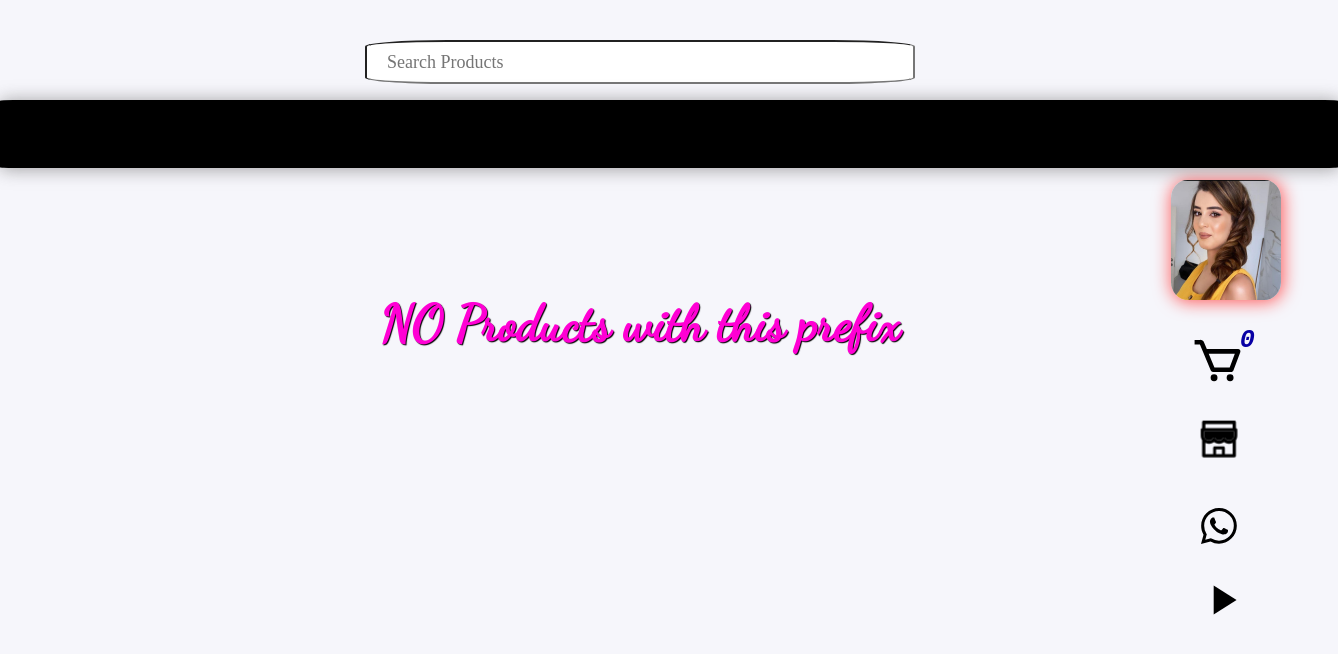
Repository: rehamAbass/BeautyCareShop
Page: /
The author's editor kept a copy of each file at every save. The page is drawn from the files as they stood at one save, then again after the next save.
The browser window is 1280 px wide. The page is 1338 px wide, so the pictures cover 1338 px, including what lies to the right of the window. The pictures show the whole page.
The page's requests for data from a server got no answer. Some web fonts or font styles are not loaded; a fallback is used. The project was rebuilt for these pictures with package versions that can differ from the ones it lists, and the page was loaded fresh each time. No one was signed in, and anything a server would have sent is missing. Also part of the build but not shown: src/components/allProducts/prod/card.css, src/components/allProducts/prod/card.component.jsx, src/components/myCart/myCart.css, src/components/myCart/cartProduct/cartProduct.css, src/components/myCart/cartProduct/cartProduct.jsx, src/components/myCart/myCart.jsx. Imported but missing from the stored project, and not drawn on this page: src/components/header/music/ed.mp3.

Above is the page before, as saved 2022-06-08 13:30:02.

After the next save:
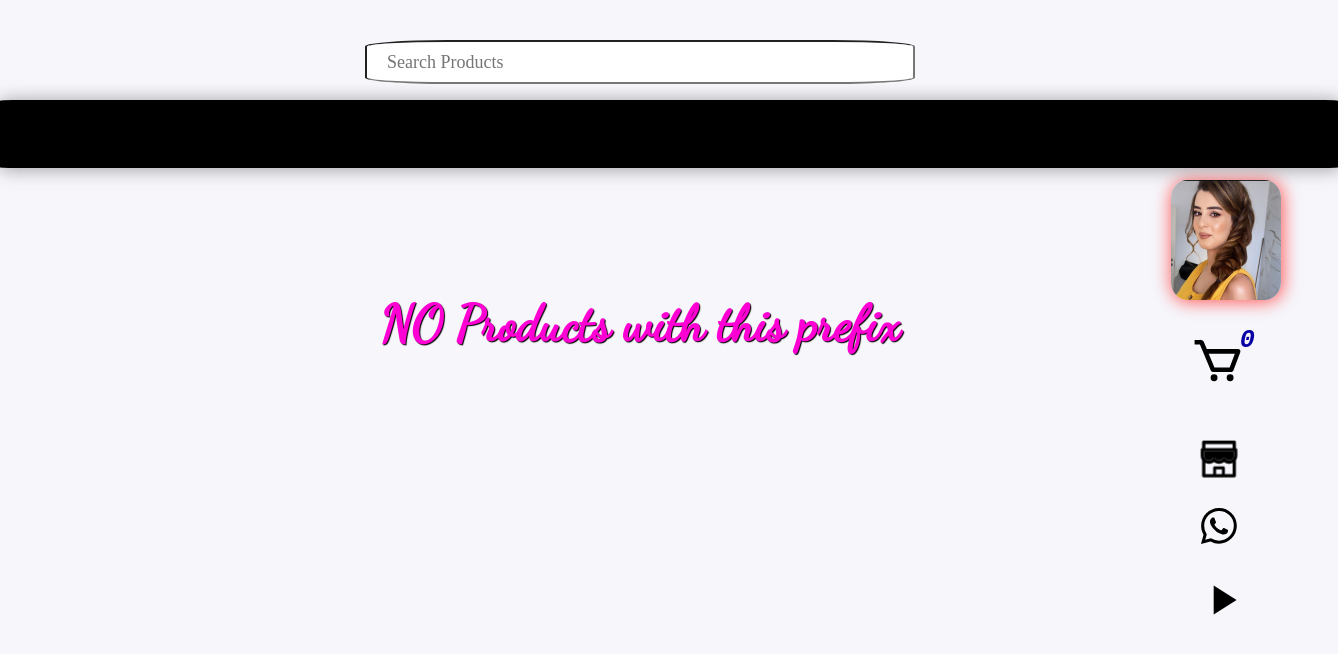
Saved 8 s later.
--- a/src/components/header/header.css
+++ b/src/components/header/header.css
@@ -22,7 +22,7 @@
     color:rgb(0, 0, 0);
      position:fixed;
     margin-left: 47%;
-    margin-top:370px;
+    margin-top:390px;
      transform: scale(2.6);
 }
 .goHome:hover{
